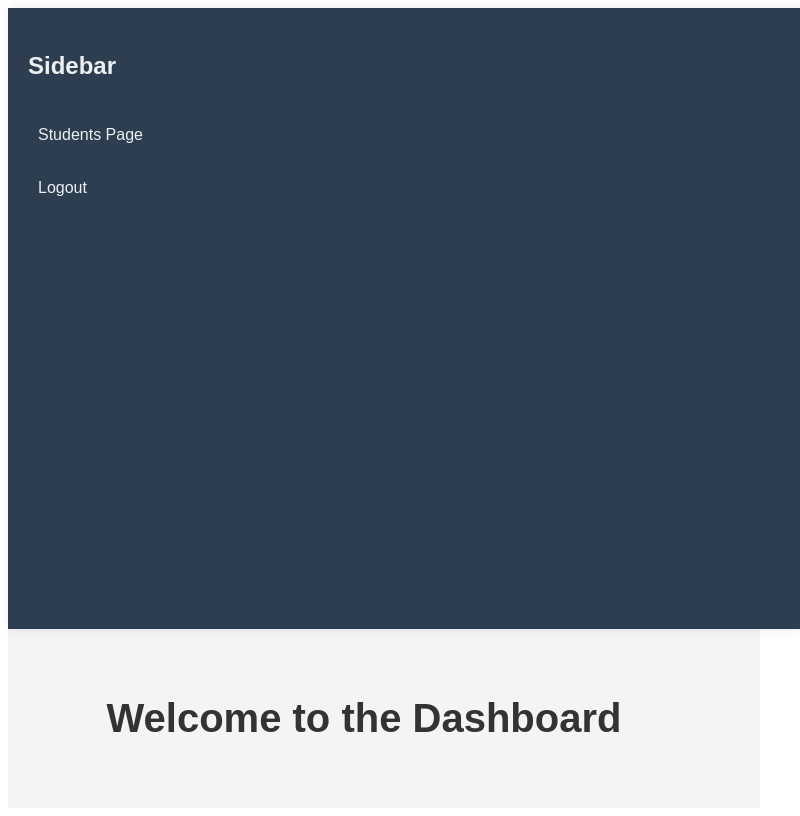
Repository: sharmisthak16/Student-Assignment
Page: /dashboard (app in my-project/)
These files come from the project's save history. The page is drawn as it stood at one moment and after the next save; the edit follows.
The browser window is 768 px wide. The page is 800 px wide, then 768 px, then 800 px, so the pictures cover 800 px, including what lies to the right of the window. The pictures show the whole page.
The project was rebuilt for these pictures with package versions that can differ from the ones it lists, and the page was loaded fresh each time. Also part of the build but not shown: my-project/vite.config.js, my-project/src/components/firebase.js, my-project/src/components/LoginForm.css, my-project/src/components/LoginForm.jsx, my-project/src/components/HomeButtons.css, my-project/src/components/HomeButtons.jsx, my-project/src/Pages/Home.jsx, my-project/src/components/StudentTable.css and 3 more.

Above is the page before, as saved 2025-01-31 04:09:59.

### my-project/index.html
<!doctype html>
<html lang="en">
  <head>
    <meta charset="UTF-8" />

    <meta name="viewport" content="width=device-width, initial-scale=1.0" />
    <title>Assignment</title>
  </head>
  <body>
    <div id="root"></div>
    <script type="module" src="/src/main.jsx"></script>
  </body>
</html>

### my-project/src/App.jsx
import React from 'react';
import { BrowserRouter as Router, Route, Routes } from 'react-router-dom'; // Use Routes instead of Switch
import LoginForm from './components/LoginForm';
import Dashboard from './components/Dashboard'; // Create this component for the dashboard page
import Home from './Pages/Home';
import StudentTable from './components/StudentTable';
import AddStudentModal from './components/AddStudentModal'

function App() {
  return (
    <Router>
      <Routes>
      <Route path='/' element={<Home/>} />
        <Route path="/LoginForm" element={<LoginForm />} /> {/* Use element instead of component */}
        <Route path="/dashboard" element={<Dashboard />} /> {/* Use element instead of component */}
       <Route path="/StudentTable" element={<StudentTable />}  />
       <Route path="/AddStudentModal" element={<AddStudentModal/>}  />
      </Routes>
    </Router>
  );
}

export default App;

### my-project/src/components/Dashboard.jsx
import React from 'react';
import { Link, useNavigate } from 'react-router-dom';
import './Dashboard.css';

const Dashboard = () => {
  const navigate = useNavigate();

  const handleLogout = () => {
    // Clear session storage or remove tokens (this depends on how you're managing auth)
    sessionStorage.removeItem('user'); // Example, replace with your own method
    navigate('/LoginForm'); // Navigate to login page after logging out
  };

  return (
    <div className="dashboard-container">
      <div className="sidebar">
        <h3 className="sidebar-title">Sidebar</h3>
        <ul className="sidebar-list">
          <li>
            <Link to="/students" className="sidebar-link">Students Page</Link>
          </li>
          <li>
            <button onClick={handleLogout} className="logout-btn">Logout</button>
          </li>
        </ul>
      </div>
      <div className="content">
        <h1>Welcome to the Dashboard</h1>
      </div>
    </div>
  );
};

export default Dashboard;

### my-project/src/components/Dashboard.css
/* General Dashboard Styling */
.dashboard-container {
    display: flex;
    height: 100vh;

    font-family: Arial, sans-serif;
}

.sidebar {
    position: fixed; /* Keep the sidebar fixed on the left */
    top: 0;
    left: 0;
    width: 240px;
    height: 100vh; /* Make sidebar full height */
    background-color: #2c3e50;
    color: #ecf0f1;
    padding: 20px;
    box-shadow: 2px 0px 10px rgba(0, 0, 0, 0.1);
    display: flex;
    flex-direction: column;
    z-index: 10; /* Ensure sidebar is above the content */
}

.sidebar h3 {
    font-size: 1.5rem;
    margin-bottom: 20px;
}

.sidebar ul {
    list-style-type: none;
    padding: 0;
}

.sidebar li {
    margin-bottom: 15px;
}

.sidebar-link {
    display: block;
    color: #ecf0f1;
    text-decoration: none;
    padding: 10px;
    border-radius: 5px;
    transition: background-color 0.3s ease;
}

.sidebar-link:hover {
    background-color: #34495e;
}

.logout-btn {
    background: none;
    color: #ecf0f1;
    border: none;
    cursor: pointer;
    text-align: left;
    padding: 10px;
    width: 100%;
    font-size: 1rem;
    transition: background-color 0.3s ease;
}

.logout-btn:hover {
    background-color: #e74c3c;
}

/* Main Content Styling */
.content {
    margin-left: 240px; /* Create space for the fixed sidebar */
    flex-grow: 1;
    padding: 40px;
    background-color: #f4f4f4;
    display: flex;
    justify-content: center; /* Center content horizontally */
    align-items: center; /* Center content vertically */
    height: 100vh; /* Full viewport height */
    text-align: center; /* Center text */
}

.content h1 {
    font-size: 2.5rem;
    color: #333;
}

.content p {
    font-size: 1.2rem;
    color: #777;
}

/* Mobile Responsiveness */
@media (max-width: 768px) {
    .dashboard-container {
        flex-direction: column;
    }

    .sidebar {
        width: 100%;
        position: relative; /* Reset position on smaller screens */
    }

    .content {
        margin-left: 0; /* Remove left margin on smaller screens */
        padding-left: 0;
        height: auto; /* Allow height to adjust to content */
    }
}

Loaded but not shown: my-project/src/main.jsx (common file); my-project/src/index.css (common file)

After the next save:
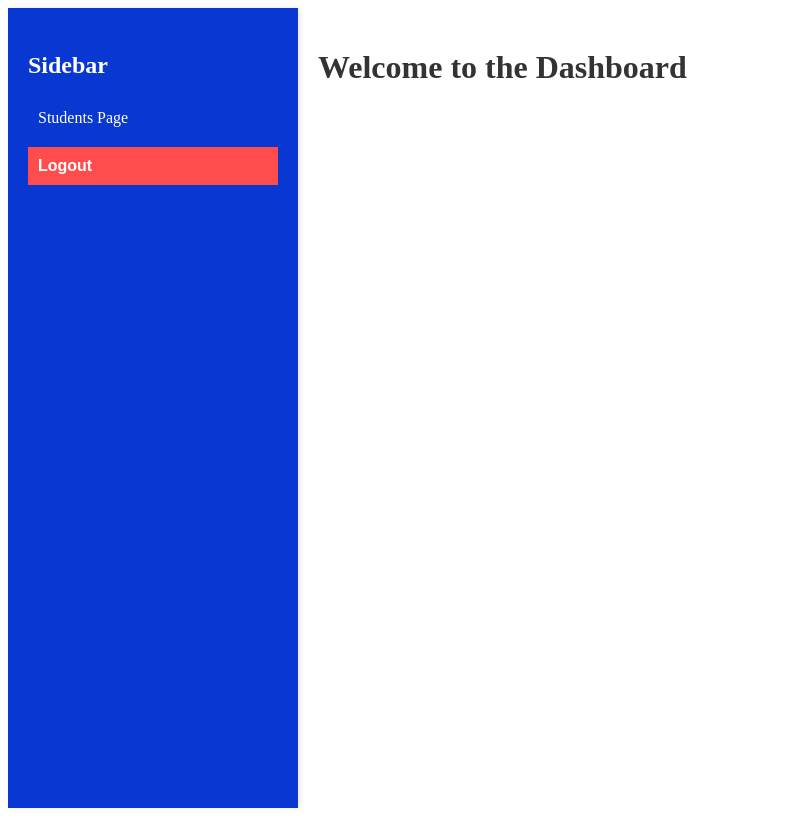
Saved 13 s later.
--- a/my-project/src/components/Dashboard.css
+++ b/my-project/src/components/Dashboard.css
@@ -1,106 +1,57 @@
-/* General Dashboard Styling */
+/* General Dashboard Layout */
 .dashboard-container {
     display: flex;
     height: 100vh;
+  }
 
-    font-family: Arial, sans-serif;
-}
+  .sidebar {
+    width: 250px;
+    background-color: #0837d2; /* Sidebar background color */
+    color: white;
+    padding: 20px;
+    box-shadow: 2px 0 5px rgba(0, 0, 0, 0.1);
+  }
 
-.sidebar {
-    position: fixed; /* Keep the sidebar fixed on the left */
-    top: 0;
-    left: 0;
-    width: 240px;
-    height: 100vh; /* Make sidebar full height */
-    background-color: #2c3e50;
-    color: #ecf0f1;
-    padding: 20px;
-    box-shadow: 2px 0px 10px rgba(0, 0, 0, 0.1);
-    display: flex;
-    flex-direction: column;
-    z-index: 10; /* Ensure sidebar is above the content */
-}
+  .sidebar-title {
+    font-size: 24px;
+    margin-bottom: 20px;
+  }
 
-.sidebar h3 {
-    font-size: 1.5rem;
-    margin-bottom: 20px;
-}
-
-.sidebar ul {
+  .sidebar-list {
     list-style-type: none;
     padding: 0;
-}
+  }
 
-.sidebar li {
-    margin-bottom: 15px;
-}
+  .sidebar-link, .logout-btn {
+    display: block;
+    padding: 10px;
+    margin: 10px 0;
+    color: white;
+    text-decoration: none;
+    font-size: 16px;
+    border: none;
+    background-color: transparent;
+    width: 100%;
+    text-align: left;
+  }
 
-.sidebar-link {
-    display: block;
-    color: #ecf0f1;
-    text-decoration: none;
-    padding: 10px;
-    border-radius: 5px;
-    transition: background-color 0.3s ease;
-}
+  .sidebar-link:hover, .logout-btn:hover {
+    background-color: #0451a0; /* Darker shade on hover */
+    cursor: pointer;
+  }
 
-.sidebar-link:hover {
-    background-color: #34495e;
-}
+  .logout-btn {
+    background-color: #ff4c4c; /* Red color for logout button */
+    color: white;
+    font-weight: bold;
+  }
 
-.logout-btn {
-    background: none;
-    color: #ecf0f1;
-    border: none;
-    cursor: pointer;
-    text-align: left;
-    padding: 10px;
-    width: 100%;
-    font-size: 1rem;
-    transition: background-color 0.3s ease;
-}
+  .content {
+    flex-grow: 1;
+    padding: 20px;
+  }
 
-.logout-btn:hover {
-    background-color: #e74c3c;
-}
-
-/* Main Content Styling */
-.content {
-    margin-left: 240px; /* Create space for the fixed sidebar */
-    flex-grow: 1;
-    padding: 40px;
-    background-color: #f4f4f4;
-    display: flex;
-    justify-content: center; /* Center content horizontally */
-    align-items: center; /* Center content vertically */
-    height: 100vh; /* Full viewport height */
-    text-align: center; /* Center text */
-}
-
-.content h1 {
-    font-size: 2.5rem;
+  .content h1 {
+    font-size: 32px;
     color: #333;
-}
-
-.content p {
-    font-size: 1.2rem;
-    color: #777;
-}
-
-/* Mobile Responsiveness */
-@media (max-width: 768px) {
-    .dashboard-container {
-        flex-direction: column;
-    }
-
-    .sidebar {
-        width: 100%;
-        position: relative; /* Reset position on smaller screens */
-    }
-
-    .content {
-        margin-left: 0; /* Remove left margin on smaller screens */
-        padding-left: 0;
-        height: auto; /* Allow height to adjust to content */
-    }
-}
+  }

After the save that followed:
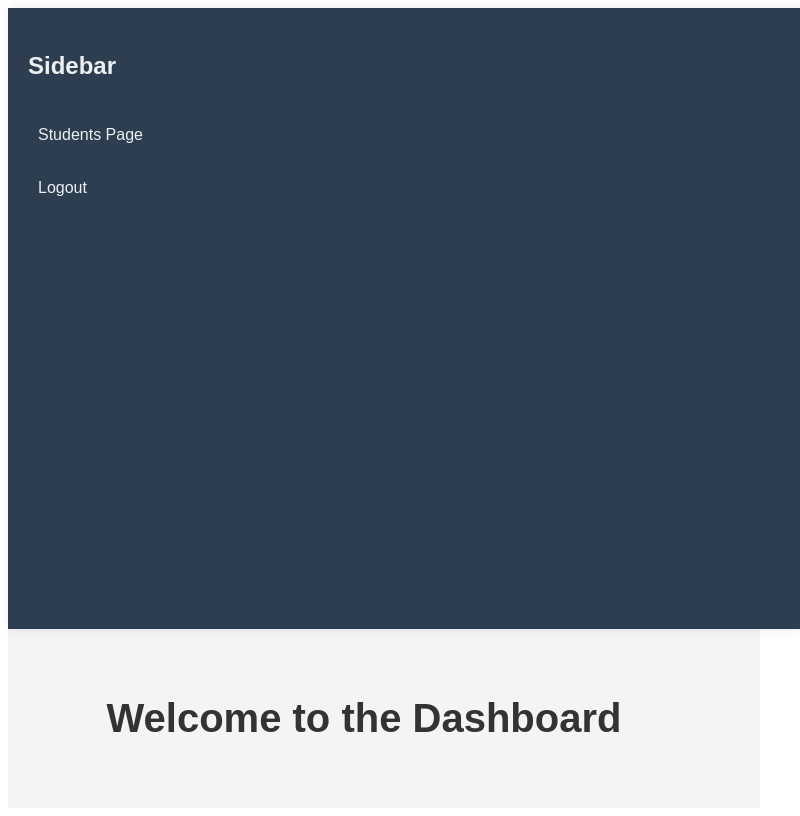
Saved 62 s later.
--- a/my-project/src/components/Dashboard.css
+++ b/my-project/src/components/Dashboard.css
@@ -1,57 +1,106 @@
-/* General Dashboard Layout */
+/* General Dashboard Styling */
 .dashboard-container {
     display: flex;
     height: 100vh;
-  }
 
-  .sidebar {
-    width: 250px;
-    background-color: #0837d2; /* Sidebar background color */
-    color: white;
+    font-family: Arial, sans-serif;
+}
+
+.sidebar {
+    position: fixed; /* Keep the sidebar fixed on the left */
+    top: 0;
+    left: 0;
+    width: 240px;
+    height: 100vh; /* Make sidebar full height */
+    background-color: #2c3e50;
+    color: #ecf0f1;
     padding: 20px;
-    box-shadow: 2px 0 5px rgba(0, 0, 0, 0.1);
-  }
+    box-shadow: 2px 0px 10px rgba(0, 0, 0, 0.1);
+    display: flex;
+    flex-direction: column;
+    z-index: 10; /* Ensure sidebar is above the content */
+}
 
-  .sidebar-title {
-    font-size: 24px;
+.sidebar h3 {
+    font-size: 1.5rem;
     margin-bottom: 20px;
-  }
+}
 
-  .sidebar-list {
+.sidebar ul {
     list-style-type: none;
     padding: 0;
-  }
+}
 
-  .sidebar-link, .logout-btn {
+.sidebar li {
+    margin-bottom: 15px;
+}
+
+.sidebar-link {
     display: block;
+    color: #ecf0f1;
+    text-decoration: none;
     padding: 10px;
-    margin: 10px 0;
-    color: white;
-    text-decoration: none;
-    font-size: 16px;
+    border-radius: 5px;
+    transition: background-color 0.3s ease;
+}
+
+.sidebar-link:hover {
+    background-color: #34495e;
+}
+
+.logout-btn {
+    background: none;
+    color: #ecf0f1;
     border: none;
-    background-color: transparent;
+    cursor: pointer;
+    text-align: left;
+    padding: 10px;
     width: 100%;
-    text-align: left;
-  }
+    font-size: 1rem;
+    transition: background-color 0.3s ease;
+}
 
-  .sidebar-link:hover, .logout-btn:hover {
-    background-color: #0451a0; /* Darker shade on hover */
-    cursor: pointer;
-  }
+.logout-btn:hover {
+    background-color: #e74c3c;
+}
 
-  .logout-btn {
-    background-color: #ff4c4c; /* Red color for logout button */
-    color: white;
-    font-weight: bold;
-  }
+/* Main Content Styling */
+.content {
+    margin-left: 240px; /* Create space for the fixed sidebar */
+    flex-grow: 1;
+    padding: 40px;
+    background-color: #f4f4f4;
+    display: flex;
+    justify-content: center; /* Center content horizontally */
+    align-items: center; /* Center content vertically */
+    height: 100vh; /* Full viewport height */
+    text-align: center; /* Center text */
+}
 
-  .content {
-    flex-grow: 1;
-    padding: 20px;
-  }
+.content h1 {
+    font-size: 2.5rem;
+    color: #333;
+}
 
-  .content h1 {
-    font-size: 32px;
-    color: #333;
-  }
+.content p {
+    font-size: 1.2rem;
+    color: #777;
+}
+
+/* Mobile Responsiveness */
+@media (max-width: 768px) {
+    .dashboard-container {
+        flex-direction: column;
+    }
+
+    .sidebar {
+        width: 100%;
+        position: relative; /* Reset position on smaller screens */
+    }
+
+    .content {
+        margin-left: 0; /* Remove left margin on smaller screens */
+        padding-left: 0;
+        height: auto; /* Allow height to adjust to content */
+    }
+}
